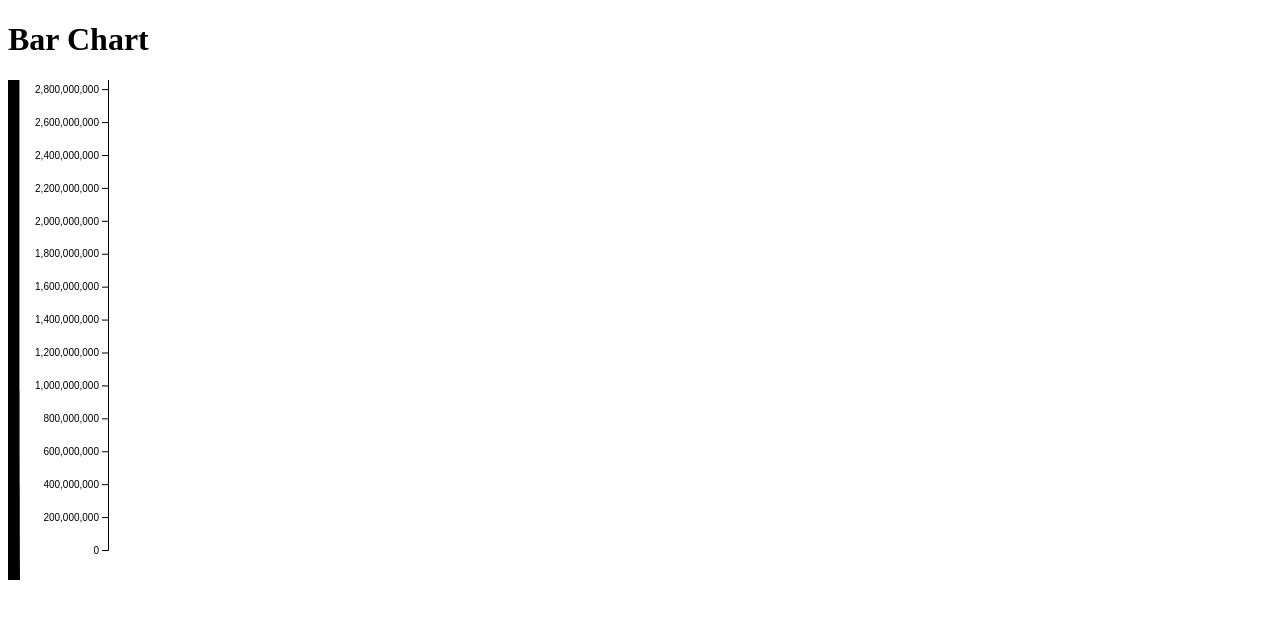
Repository: komalharjani/d3js-visualisation
Page: index.html
The author's editor kept a copy of each file at every save. The page is drawn from the files as they stood at one save, then again after a run of saves.
The browser window is 1280 px wide. The pictures show the whole page.

Above is the page before, as saved 2020-04-29 18:42:31.

### index.html
<!DOCTYPE html>
<html lang="en">
<head>
    <meta charset="UTF-8">
    <meta name="viewport" content="width=device-width, initial-scale=1.0">
    <title>Information Visualisation Practical 3</title>
</head>
<body>
    <div id="barChart"></div>
    <h1>Bar Chart</h1>

</body>
<script src="https://d3js.org/d3.v5.min.js"></script>
<script src="index.js"></script>
</html>

### index.js

let dataPath = "data/energy.csv";
d3.csv(dataPath)
        .then(function (data) {

                let finals = [];

                //Filter Data into new object
                for (let i = 0; i < data.length; i++) {
                        if (data[i].region == "Combined" && data[i].year == 1990) {
                                finals.push({
                                        amount: parseInt(data[i].amount),
                                        type: data[i].type,
                                })
                        }
                }
                console.log(finals);

                let width = 1000;
                let height = 500;
                let margin = {
                        top: 20,
                        right: 20,
                        bottom: 20,
                        left: 50
                };
                let barwidth = (width / finals.length);

                //Append to HTML Document
                let svg = d3.select("body")
                        .append("svg")
                        .attr("height", height)
                        .attr("width", width);

                //Scales
                let xscale = d3.scaleLinear()
                        .domain([0, d3.max(finals, d => d.amount)])
                        .range([0, width]);

                let yscale = d3.scaleLinear()
                        .domain([0, d3.max(finals, d => d.amount)])
                        .range([height, 0]);

                //text scales
                let yscales = d3.scaleBand()
                .domain(data.map(d => d.type))
                .range(0, width);

                //Axis

                let y_axis = d3.axisLeft()
                        .scale(yscale);

                svg.append("g")
                        .attr("transform", "translate(100,-30)")
                        .call(y_axis)


                //X Axis
                // let x_axis = d3.axisBottom()
                //         .scale(xscale);
                // let xAxisTranslate = height - 30;

                // svg.append("g")
                //         .attr("transform", "translate(100,30)")
                //         .call(yscales)

                //Barchart
                svg.selectAll("body") //add rectangles to all data
                        .data(finals) //provide finals as dataset
                        .enter()
                        .append("rect")
                        .attr("y", function (d) {
                                return height - xscale(d.amount);
                        })
                        .attr("height", function (d) {
                                return xscale(d.amount);
                        })
                        .attr("width", barwidth - 5)
                        .attr("transform", function (d, i) {
                                let translate = [barwidth * i,-30];
                                return "translate(" + translate + ",30)";
                        })
                        .attr("fill", 'black');

                // Barchart Text
                // let text = svg.selectAll("text")
                //         .data(finals)
                //         .enter()
                //         .append("text")
                //         .text(function (d) {
                //                 return d.amount;
                //         })
                //         .attr("y", function (d, i) {
                //                 return height - xscale(d.amount) - 2;
                //         })
                //         .attr("x", function (d, i) {
                //                 return barwidth * i - 30;
                //         })

        });

After the next 2 saves:
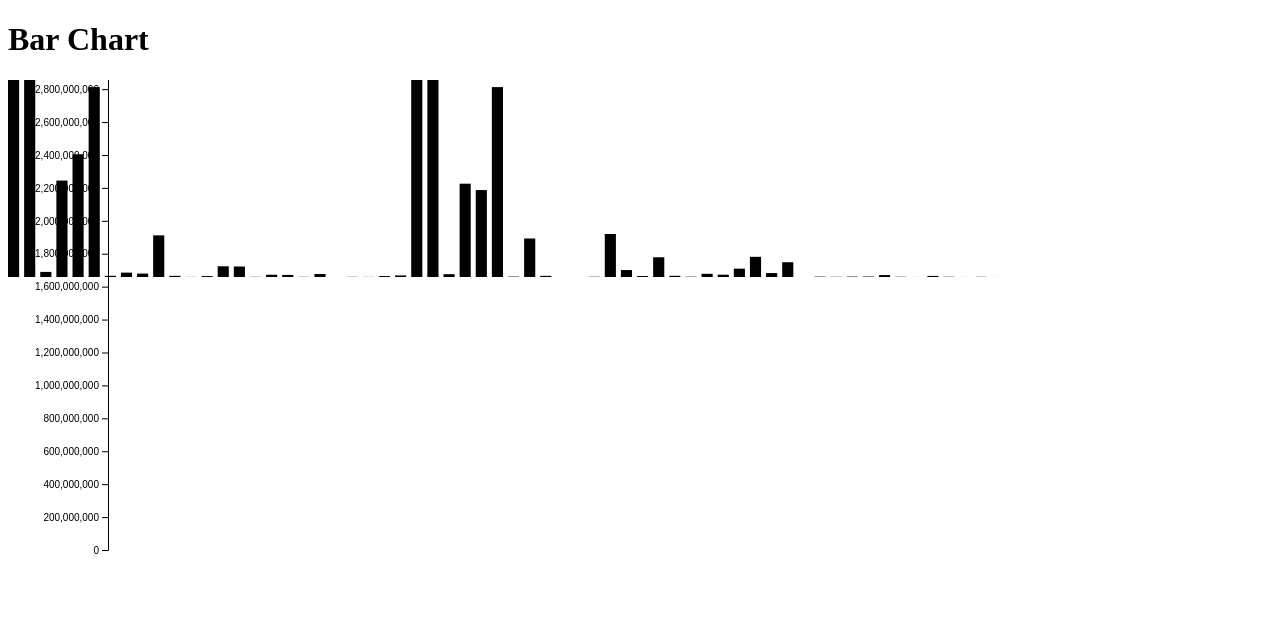
The 2 saves are shown as one change because they came seconds apart.
The last was saved 6 s later.
--- a/index.js
+++ b/index.js
@@ -79,7 +79,7 @@ d3.csv(dataPath)
                         .attr("width", barwidth - 5)
                         .attr("transform", function (d, i) {
                                 let translate = [barwidth * i,-30];
-                                return "translate(" + translate + ",30)";
+                                return "translate(" + translate + "3)";
                         })
                         .attr("fill", 'black');
 
